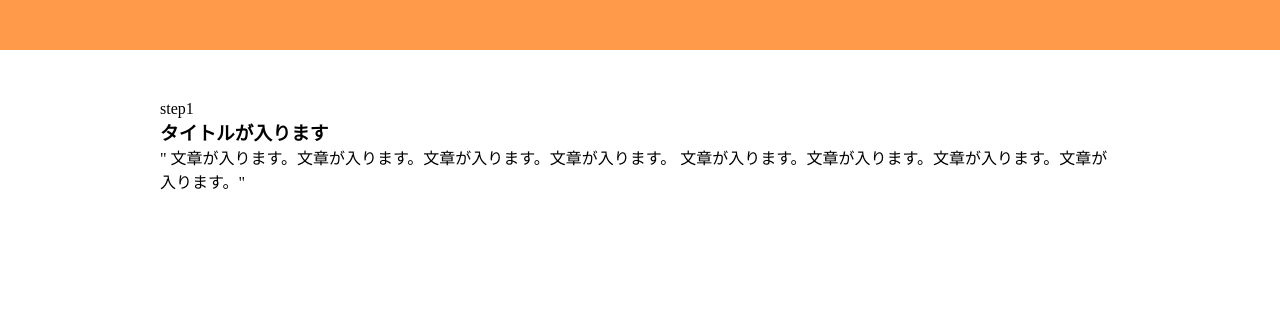
Repository: ayakodesu/html-practice
Page: chapter9/chapter9.html
The author's editor kept a record of every edit. The page is drawn from the files as they stood at one moment, then again after the next edit.
The browser window is 1280 px wide. The pictures show the whole page.

Above is the page before.

### chapter9/chapter9.html
<!DOCTYPE html>
<html iang="ja">
  <head>
    <meta charset="UTF-8">
<link rel="stylesheet" href="chapter9.css">

</head>

<body>
  <header></header>

<main>
  <div class="step-box">
    <div class=step-imag1.jpg”>
      <span class="step-num">step1</span>
      <h3 class="title">タイトルが入ります</h3>
      <p class="text">
        " 文章が入ります。文章が入ります。文章が入ります。文章が入ります。
        文章が入ります。文章が入ります。文章が入ります。文章が入ります。"
      </p>
  </div>


</main>

### chapter9/chapter9.css
* {
  margin: 0;
  padding: 0;
  box-sizing: border-box;
}

header {
  height: 50px;
  background-color: #ff9a4b;
}


main {
  width: 960px;
  margin: 50px auto;
}

After the next edit:
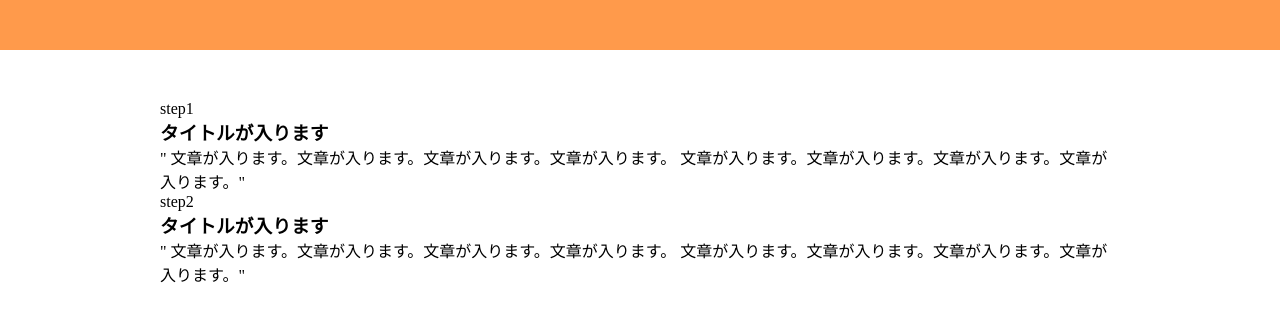
The edit:
--- a/chapter9/chapter9.html
+++ b/chapter9/chapter9.html
@@ -20,5 +20,14 @@
       </p>
   </div>
 
+<div class="step-box">
+    <div class=step-imag2.jpg”>
+      <span class="step-num">step2</span>
+      <h3 class="title">タイトルが入ります</h3>
+      <p class="text">
+        " 文章が入ります。文章が入ります。文章が入ります。文章が入ります。
+        文章が入ります。文章が入ります。文章が入ります。文章が入ります。"
+      </p>
+  </div>
 
 </main>
